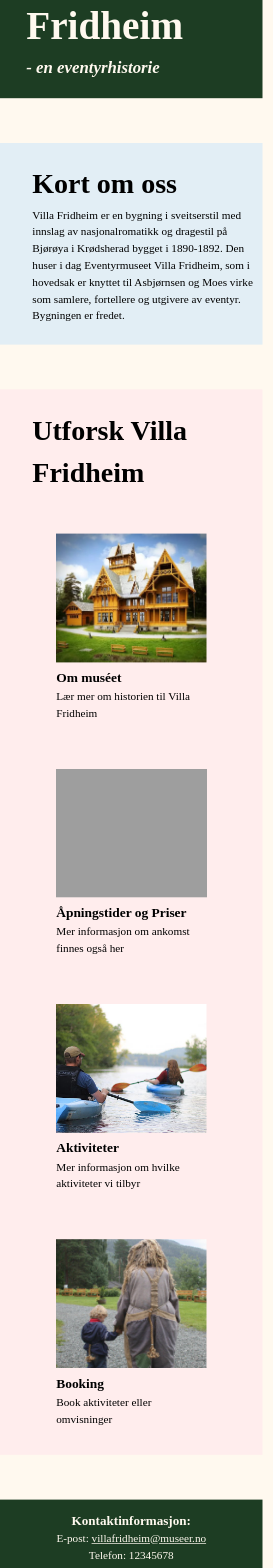
Repository: IdaHolmen/villa-fridheim
Page: index.html
These files come from the project's save history. The page is drawn as it stood at one moment and after the next save; the edit follows.
The browser window is 375 px wide. The page is 390 px wide, so the pictures cover 390 px, including what lies to the right of the window. The pictures show the part of the page from y = 846 to 3086 px (the page is 3096 px tall before and 3128 px after), at 70% of full size.
Pictures or frames that could not be fetched are drawn as grey boxes. Some web fonts or font styles are not loaded; a fallback is used.

Above is the page before, as saved 2024-10-15 13:17:54.

### index.html
<!DOCTYPE html>
<html lang="en">
    <head>
        <meta charset="UTF-8" />
        <meta name="viewport" content="width=device-width, initial-scale=1.0" />

        <link
            rel="icon"
            type="image/x-icon"
            href="./assets/villa-fridheim-logo.svg"
            alt="Omrisset av et eventyrslott"
        />

        <link rel="stylesheet" type="text/css" href="./css/reset.css" />
        <link rel="stylesheet" type="text/css" href="./css/style.css" />
        <link rel="stylesheet" type="text/css" href="./css/media-queries.css" />
        <title>Villa Fridheim</title>
    </head>

    <body>
        <header>
            <div class="headline-container">
                <img src="./assets/villa-fridheim-logo.svg" alt="Omrisset av et eventyrslott" class="main-logo" />
                <h1 class="main-headline">Villa Fridheim</h1>
            </div>

            <nav class="nav-bar">
                <a href="./src/about.html" class="nav-link">Om muséet</a>
                <a href="./src/info.html" class="nav-link">Åpningstider og priser</a>
                <a href="./src/activities.html" class="nav-link">Aktiviteter og opplevelser</a>
                <a href="./src/booking.html" class="nav-link">Booking</a>
            </nav>
        </header>

        <main class="main-container">
            <section class="hero-section">
                <div class="hero-background">
                    <img
                        src="./assets/ville-fridheim-historic.jpeg"
                        alt="Et gammelt svart-hvitt-bilde av Villa Fridheim"
                        class="hero-image"
                    />
                </div>

                <div class="hero-text-container">
                    <span class="hero-content">Villa</span>
                    <span class="hero-content">Fridheim</span>
                    <span class="hero-content-sub-headline">- en eventyrhistorie</span>
                </div>
            </section>

            <section class="intro-section">
                <div class="intro-container">
                    <h2 class="section-head">Kort om oss</h2>
                    <p>
                        Villa Fridheim er en bygning i sveitserstil med innslag av nasjonalromatikk og dragestil på
                        Bjørøya i Krødsherad bygget i 1890-1892. Den huser i dag Eventyrmuseet Villa Fridheim, som i
                        hovedsak er knyttet til Asbjørnsen og Moes virke som samlere, fortellere og utgivere av eventyr.
                        Bygningen er fredet.
                    </p>
                </div>
            </section>

            <section class="link-section">
                <div class="link-container-headline">
                    <h2 class="section-head">Utforsk Villa Fridheim</h2>
                </div>
                <div class="link-container">
                    <a href="./src/about.html" class="navigation-container">
                        <img
                            src="./assets/faded-image-outside.jpeg"
                            alt="Et gult hus i sveitserstil"
                            class="link-image"
                        />
                        <h3 class="link-sub-headline">Om muséet</h3>
                        <p>Lær mer om historien til Villa Fridheim</p>
                    </a>
                    <a href="./src/info.html" class="navigation-container">
                        <img
                            src="./assets/inside-view2.jpg"
                            alt="Et gang i mørkt treverk med eventyrmotiver på veggen"
                            class="link-image"
                        />
                        <h3 class="link-sub-headline">Åpningstider og Priser</h3>
                        <p>Mer informasjon om ankomst finnes også her</p>
                    </a>
                    <a href="./src/activities.html" class="navigation-container">
                        <img src="./assets/kajakk.jpg" alt="To personer i hver sin kajakk" class="link-image" />
                        <h3 class="link-sub-headline">Aktiviteter</h3>
                        <p>Mer informasjon om hvilke aktiviteter vi tilbyr</p>
                    </a>
                    <a href="./src/booking.html" class="navigation-container">
                        <img
                            src="./assets/troll.jpeg"
                            alt="Et barn som holder hender med et troll"
                            class="link-image"
                        />
                        <h3 class="link-sub-headline">Booking</h3>
                        <p>Book aktiviteter eller omvisninger</p>
                    </a>
                </div>
            </section>
        </main>

        <footer class="footer-front-page">
            <h3>Kontaktinformasjon:</h3>
            <p>
                E-post:
                <a href="" id="email-element">villafridheim@museer.no</a>
            </p>
            <p>Telefon: 12345678</p>
        </footer>
    </body>
</html>

### css/reset.css
*, *::before, *::after {
	box-sizing: border-box;
  }

* {
	margin: 0;
	padding: 0;
}

body {
	line-height: 1.5;
	-webkit-font-smoothing: antialiased;
}

img, picture, video, canvas, svg {
	display: block;
	max-width: 100%;
}

input, textarea, select {
	font: inherit;
}

p, h1, h2, h3, h4, h5, h6 {
	overflow-wrap: break-word;
}

#root, #__next {
	isolation: isolate;
}

button {
	font: inherit;
	background: transparent;
	border: none;
	cursor: pointer;
	touch-action: manipulation;
}

a {
	color: inherit;
	text-decoration: none;
}

### css/style.css
@import url('https://fonts.googleapis.com/css2?family=Caudex:ital,wght@0,400;0,700;1,400;1,700&display=swap');

:root {
    --primary-color: #fff9ef;
    --secondary-color: #1d3d23;
}

/* BODY STYLING */
body {
    height: 100vh;
    width: 100%;
    display: flex;
    flex-direction: column;
    background-color: var(--primary-color);
    font-family: 'Caudex', 'Times New Roman', Times, serif;
}

/* HEADER STYLING */
header {
    display: flex;
    flex-direction: row;
    justify-content: center;
    align-items: center;
    background: var(--primary-color);
    color: var(--secondary-color);
    flex-basis: 10%;
}

.headline-container {
    flex-basis: 25%;
    display: flex;
    justify-content: center;
    align-items: center;
    flex-direction: row;
}

.main-headline {
    font-size: 1.75rem;
}

.main-logo {
    height: 35px;
    width: 35px;
    margin-right: 0.5rem;
}

.nav-bar {
    flex-basis: 85%;
    display: flex;
    justify-content: space-around;
    flex-direction: row;
    text-align: center;
    margin: 0;
}

.nav-link {
    text-decoration: none;
    color: black;
    padding: 0.5rem 1.5rem;
    font-weight: bold;
    margin: 1rem;
    border-radius: 5px;
    display: flex;
    transition: transform 0.2s ease-in-out;
}

.nav-link:hover {
    box-shadow: rgba(149, 157, 165, 0.2) 0px 8px 24px;
    transform: scale(1.1);
}

.nav-link:active {
    background-color: #e3e3e3;
}

#home-symbol {
    margin-right: 0.5rem;
    width: 25px;
    height: 25px;
}

/* FRONT PAGE STYLING */
.hero-section {
    position: relative;
    height: 30rem;
    width: 100%;
}

.hero-background {
    width: 100%;
    height: 30rem;
    object-fit: contain;
}

.hero-image {
    width: 100%;
    height: 30rem;
    object-fit: cover;
}

.hero-text-container {
    position: absolute;
    top: 0;
    left: 70%;
    width: 30%;
    height: 60%;
    color: var(--primary-color);
    display: flex;
    flex-direction: column;
}

.hero-content {
    font-size: 4.5rem;
    font-weight: bold;
}

.hero-content-sub-headline {
    font-size: 2rem;
    font-weight: bold;
    font-style: italic;
}

.section-headline {
    font-size: 1.5rem;
    margin: 1rem 0;
}

.main-container {
    flex-basis: 85%;
    display: flex;
    flex-direction: column;
    align-items: center;
}

.about-section {
    width: 100%;
    height: 100%;
    display: flex;
}

.about-text {
    flex-basis: 50%;
    display: flex;
    flex-direction: column;
    justify-content: center;
    padding: 24px;
}

.about-text > p {
    margin: 0.5rem 0;
}

.image-container {
    flex-basis: 50%;
}

.front-page-image {
    height: 100%;
    object-fit: cover;
    border-radius: 3%;
}

.link-section {
    width: 95%;
    background-color: #ffeded;
    margin-top: 4rem;
    display: flex;
    flex-direction: column;
    align-items: center;
}

.link-container-headline {
    width: 95%;
    flex-basis: 10%;
    margin: 1rem 1rem 1rem 4rem;
    padding: 0.8rem;
}

.section-head {
    font-size: 2.5rem;
}

.link-container {
    flex-basis: 90%;
    width: 95%;
    display: flex;
    justify-content: space-around;
    align-items: center;
}

.navigation-container {
    height: 22rem;
    width: 18rem;
    margin: 1rem 1rem 2rem 1rem;
    display: flex;
    padding: 0.8rem;
    flex-direction: column;
    transition: transform 0.2s ease-in-out;
}

.navigation-container:hover {
    transform: scale(1.1);
}

.link-sub-headline {
    font-size: 1.2rem;
}

.link-image {
    object-fit: cover;
    padding: 0;
    min-height: 70%;
    margin-bottom: 0.5rem;
}

.footer-front-page {
    background-color: var(--secondary-color);
    color: var(--primary-color);
    flex-basis: 5%;
    display: flex;
    flex-direction: row;
    justify-content: space-around;
    padding: 1rem;
    font-size: 1rem;
    margin-top: 4rem;
}

/* STYLING FOR THE INTRO SECTION */
.intro-section {
    width: 95%;
    height: 16rem;
    background-color: #e2eef5;
    margin-top: 4rem;
    display: flex;
    flex-direction: column;
    align-items: center;
}

.intro-container {
    flex-basis: 90%;
    width: 95%;
    display: flex;
    flex-direction: column;
    justify-content: space-around;
    margin: 2rem;
    padding: 0.8rem;
    margin: 1rem 1rem 1rem 4rem;
}

/* STYLING FOR INFO PAGE */
.main-info-container {
    flex-basis: 85%;
    display: flex;
    flex-direction: column;
    align-items: center;
}

.info-text-container {
    flex-basis: 50%;
    height: 100%;
    padding: 24px;
}

.info-image-container {
    flex-basis: 50%;
    height: 100%;
    padding: 24px;
    display: flex;
    align-items: center;
    justify-content: center;
}

.opening-hours-section,
.directions-section,
.prices-section {
    margin-bottom: 1rem;
}

.hours,
.price-element {
    margin: 1rem 0;
}

.price-element {
    width: 90%;
    display: flex;
    flex-direction: row;
    align-items: center;
    justify-content: space-between;
    font-size: 1rem;
}

/* STYLING FOR ACTIVITIES PAGE */
#home-button {
    display: flex;
    align-items: center;
}

.main-activities-container {
    flex-basis: 85%;
    display: flex;
    flex-direction: column;
    align-items: center;
}

.activities-section,
.experiences-section {
    display: flex;
    flex-direction: row;
}

.activities,
.experiences {
    display: flex;
    flex-direction: column;
}

.activities > p,
.experiences > p {
    margin: 0.5rem 0;
}

.bold-text {
    font-weight: 900;
    margin: 0.5rem 0;
}

.illustration-image {
    width: 100%;
    border-radius: 3%;
}

#illustration-image-long {
    width: 90%;
    border-radius: 3%;
}

/* FOOTER */
footer {
    background-color: var(--secondary-color);
    color: var(--primary-color);
    flex-basis: 5%;
    display: flex;
    flex-direction: row;
    justify-content: space-around;
    padding: 1rem;
    font-size: 1rem;
}

a#email-element {
    text-decoration: underline;
}

/* STYLING FOR BOOKING PAGE */
.main-headline-booking {
    color: var(--primary-color);
}

.nav-link-booking {
    color: var(--primary-color);
    text-decoration: none;
    padding: 0.5rem 1.5rem;
    font-weight: bold;
    margin: 1rem;
    border-radius: 5px;
    display: flex;
    transition: transform 0.2s ease-in-out;
}

.nav-link-booking:hover {
    box-shadow: rgba(149, 157, 165, 0.2) 0px 8px 24px;
    transform: scale(1.1);
}

.booking-page-main {
    background-position: center;
    background-image: url('../assets/forest3.jpg');
    background-repeat: no-repeat;
    background-size: cover;
    background-attachment: fixed;
}

.booking-header {
    backdrop-filter: blur(60px);
    background: transparent;
}

.booking-container {
    flex-basis: 85%;
    width: 100%;
    display: flex;
    justify-content: center;
    flex-direction: column;
    align-items: center;
    background-color: rgba(0, 0, 0, 0.2);
}

.booking-form {
    position: relative;
    color: var(--primary-color);
    display: flex;
    flex-direction: column;
    align-items: center;
    height: 100%;
    width: 26rem;
    margin: 2rem;
    padding: 1rem;
    border: 2px solid #b5afaf;
    border-radius: 15px;
    backdrop-filter: blur(25px);
}

.input-field {
    width: 85%;
    height: 55px;
    color: var(--primary-color);
    background: transparent;
    padding-inline: 20px 54px;
    border-radius: 30px;
    border: 2px solid #b5afaf;
    outline: none;
    margin: 1rem 0;
}

.input-field:focus::placeholder {
    color: transparent;
}

#select-field {
    appearance: none;
    width: 85%;
    height: 55px;
    color: var(--primary-color);
    background: transparent;
    padding-inline: 20px;
    border-radius: 30px;
    border: 2px solid #b5afaf;
    cursor: pointer;
    outline: none;
    background-image: linear-gradient(45deg, transparent 50%, #fff5e1 50%),
        linear-gradient(135deg, #fff5e1 50%, transparent 50%);
    background-position: calc(100% - 20px) calc(1.3rem + 2px), calc(100% - 15px) calc(1.3rem + 2px);
    background-size: 5px 5px, 5px 5px, 1px 1.5em;
    background-repeat: no-repeat;
    margin: 1rem 0;
}

#comment-input {
    width: 85%;
    height: 6rem;
    color: var(--primary-color);
    background: transparent;
    border-radius: 10px;
    border: 2px solid #b5afaf;
    outline: none;
    padding-inline: 20px;
    margin: 1rem 0;
}

::placeholder {
    color: var(--primary-color);
}

#comment-input:focus::placeholder {
    color: transparent;
}

#submit-button {
    background-color: var(--primary-color);
    width: 8rem;
    padding: 0.5rem 1.5rem;
    font-weight: bold;
    border-radius: 30px;
    transition: transform 0.2s ease-in-out;
    margin: 0.5rem 0;
}

#submit-button:hover {
    background-color: #ffe8ba;
    transform: scale(1.1);
}

#submit-button:active {
    background-color: #d4d4d4;
}

#booking-footer {
    backdrop-filter: blur(25px);
    background: transparent;
}

### css/media-queries.css
@media screen and (max-width: 1000px) {
    header {
        flex-direction: column;
    }

    .nav-bar {
        align-items: center;
    }

    .nav-link {
        max-width: 16rem;
        margin: 0.5rem;
    }

    .hero-section {
        height: 45rem;
        background-color: var(--secondary-color);
    }

    .hero-text-container {
        top: 68%;
        left: 10%;
        width: 80%;
        height: 30%;
    }

    .hero-content {
        font-size: 3.5rem;
    }

    .about-section {
        flex-direction: column;
        align-items: center;
    }

    .main-info-container {
        flex-direction: column;
    }

    .activities-section {
        flex-direction: column;
    }

    .experiences-section {
        flex-direction: column-reverse;
    }

    .illustration-image {
        width: 70%;
    }

    #illustration-image-long {
        width: 60%;
    }

    .link-container {
        width: 70%;
        flex-wrap: wrap;
    }
}

@media screen and (max-width: 930px) {
    .link-container {
        width: 80%;
    }

    .navigation-container {
        width: 15rem;
        height: 18rem;
    }
}

@media screen and (max-width: 700px) {
    .footer,
    .footer-front-page {
        flex-direction: column;
        align-items: center;
    }

    .nav-bar {
        flex-direction: column;
    }

    .link-section,
    .intro-section {
        width: 100%;
    }

    .illustration-image {
        width: 100%;
    }

    #illustration-image-long {
        width: 80%;
    }

    .link-container {
        width: 100%;
    }
}

@media screen and (max-width: 500px) {
    .booking-form {
        width: 20rem;
    }

    .hero-content-sub-headline {
        font-size: 1.5rem;
    }

    .intro-section {
        height: 18rem;
    }
}

After the next save:
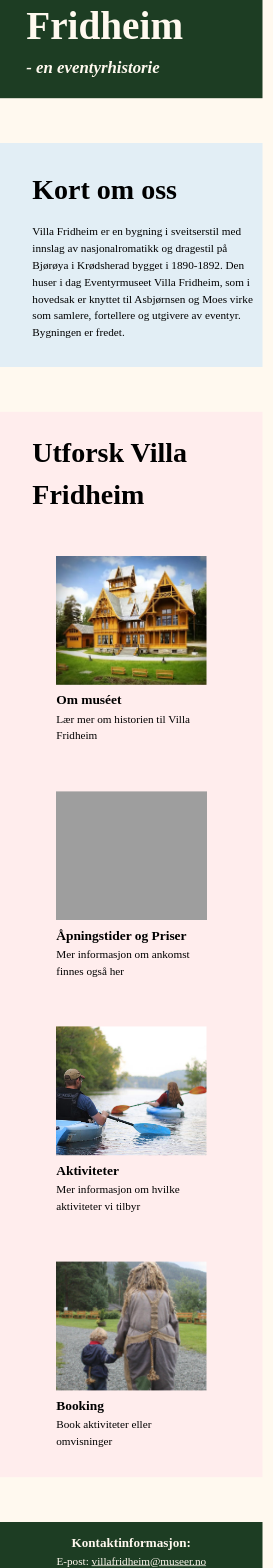
Saved 17 s later.
--- a/css/media-queries.css
+++ b/css/media-queries.css
@@ -109,6 +109,6 @@
     }
 
     .intro-section {
-        height: 18rem;
+        height: 20rem;
     }
 }
